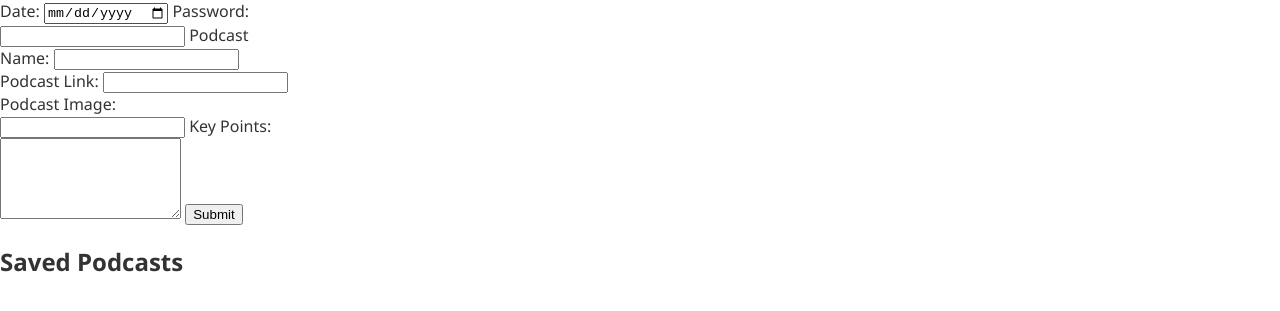
Repository: fechinmitchell/thedailyonepercent
Page: form.html
An editor plug-in stored every save of this project. The page is shown before and after the next save, followed by the edit.
The browser window is 1280 px wide. The pictures show the whole page.

Above is the page before, as saved 2023-11-06 18:24:21.

After the next save:
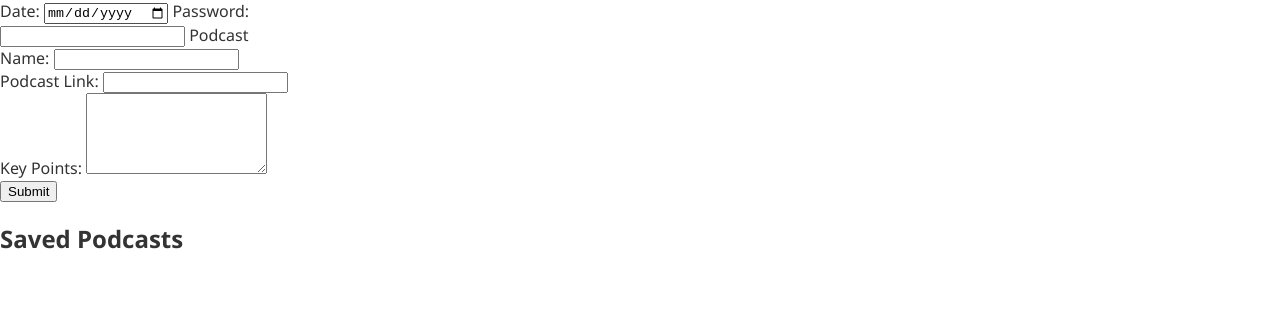
Saved 3 min 59 s later.
--- a/form.html
+++ b/form.html
@@ -18,9 +18,6 @@
       <label for="podcastLink">Podcast Link:</label>
       <input type="text" id="podcastLink" name="podcastLink" required>
 
-      <label for="podcastImage">Podcast Image:</label>
-      <input type="text" id="podcastImage" name="podcastImage" required>
-
       <label for="keyPoints">Key Points:</label>
       <textarea id="keyPoints" name="keyPoints" rows="5" required></textarea>
 
